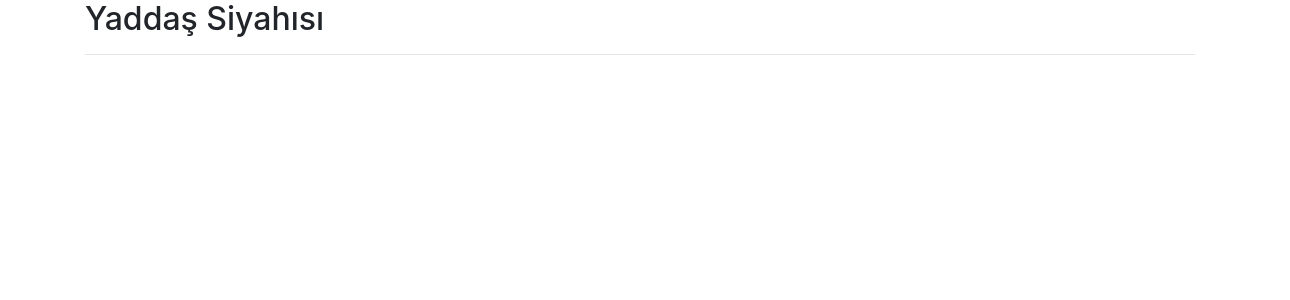
Repository: elvinyeka/ToDoApp
Page: http://localhost/
These files come from the project's save history. The page is drawn as it stood at one moment and after the next save; the edit follows.
The browser window is 1280 px wide. The page is 1280 px wide, then 1290 px, so the pictures cover 1290 px, including what lies to the right of the window. The pictures show the whole page.
Some web libraries are served in a nearby version. The page is served by the project's application, run on Flask 3 (todo.py).

Above is the page before, as saved 2020-09-27 19:36:05.

After the next save:
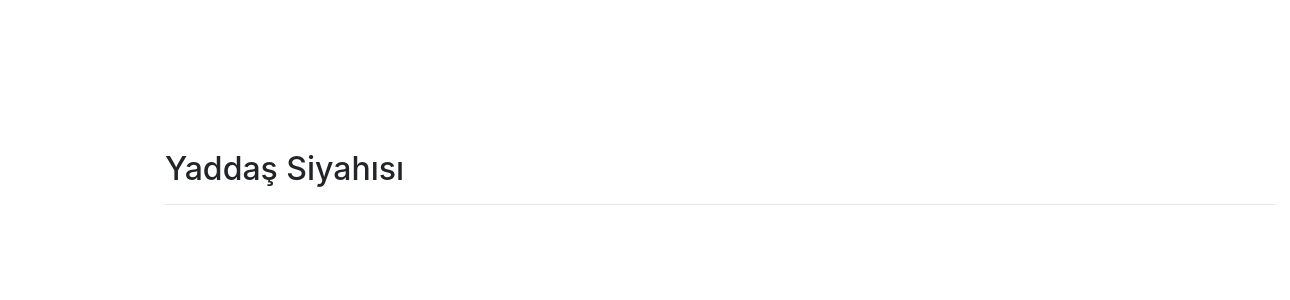
Saved 78 s later.
--- a/templates/index.html
+++ b/templates/index.html
@@ -9,7 +9,7 @@
 </head>
 
 <body>
-    <div class="container">
+    <div style="margin: 150px;" class="container">
         <h2>Yaddaş Siyahısı</h2>
         <hr>
     </div>
